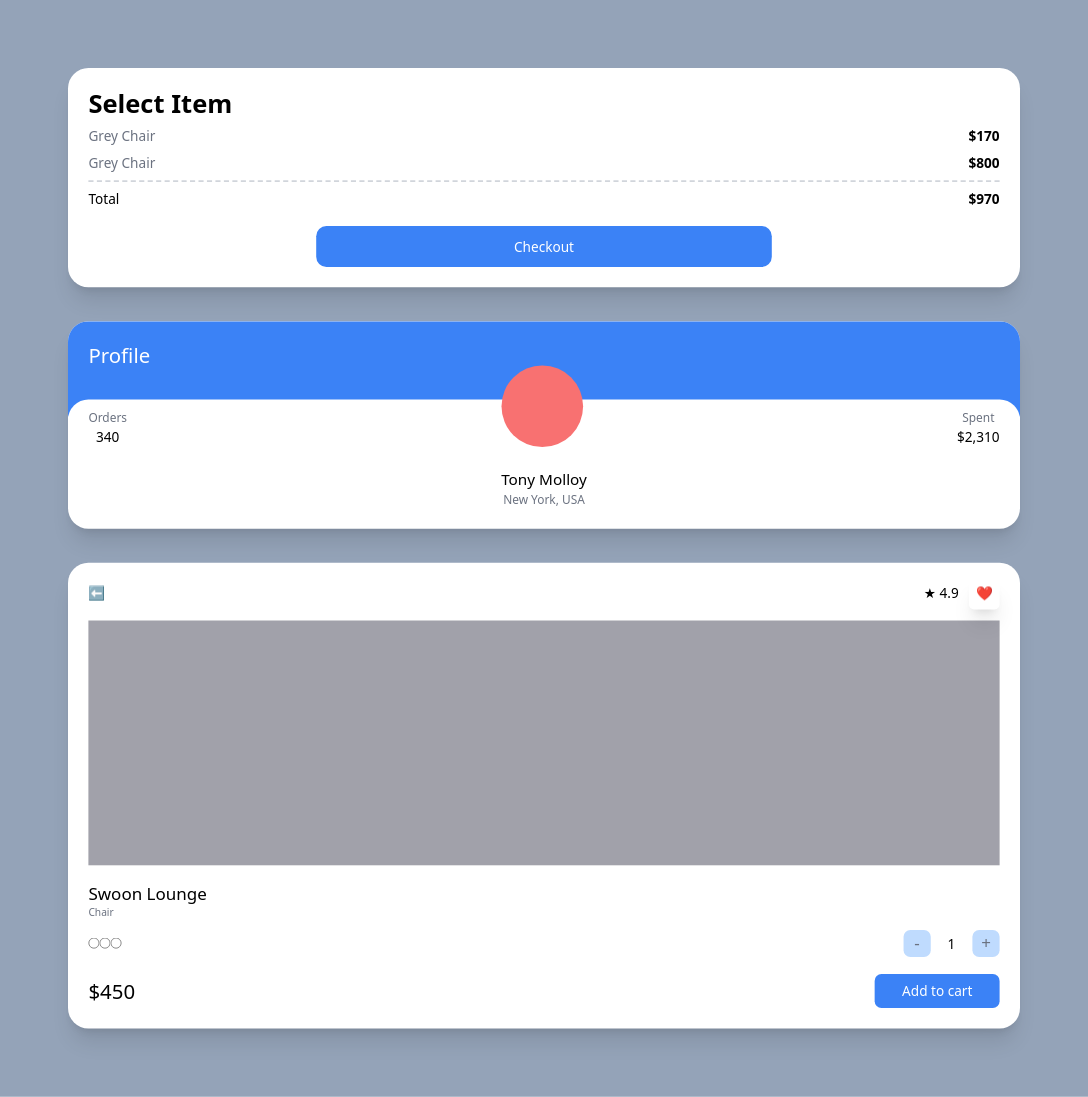
Repository: pjk0007/nextjs-carrot-marcket
Page: /
An editor plug-in stored every save of this project. The page is shown before and after the next save, followed by the edit.
The browser window is 1280 px wide. The pictures show the whole page, at 85% of full size.
The project was rebuilt for these pictures with package versions that can differ from the ones it lists, and the page was loaded fresh each time. The framework's server and built-in components were replaced by stand-ins that run in the browser. Also part of the build but not shown: next.config.js.

Above is the page before, as saved 2022-04-30 13:32:52.

After the next save:
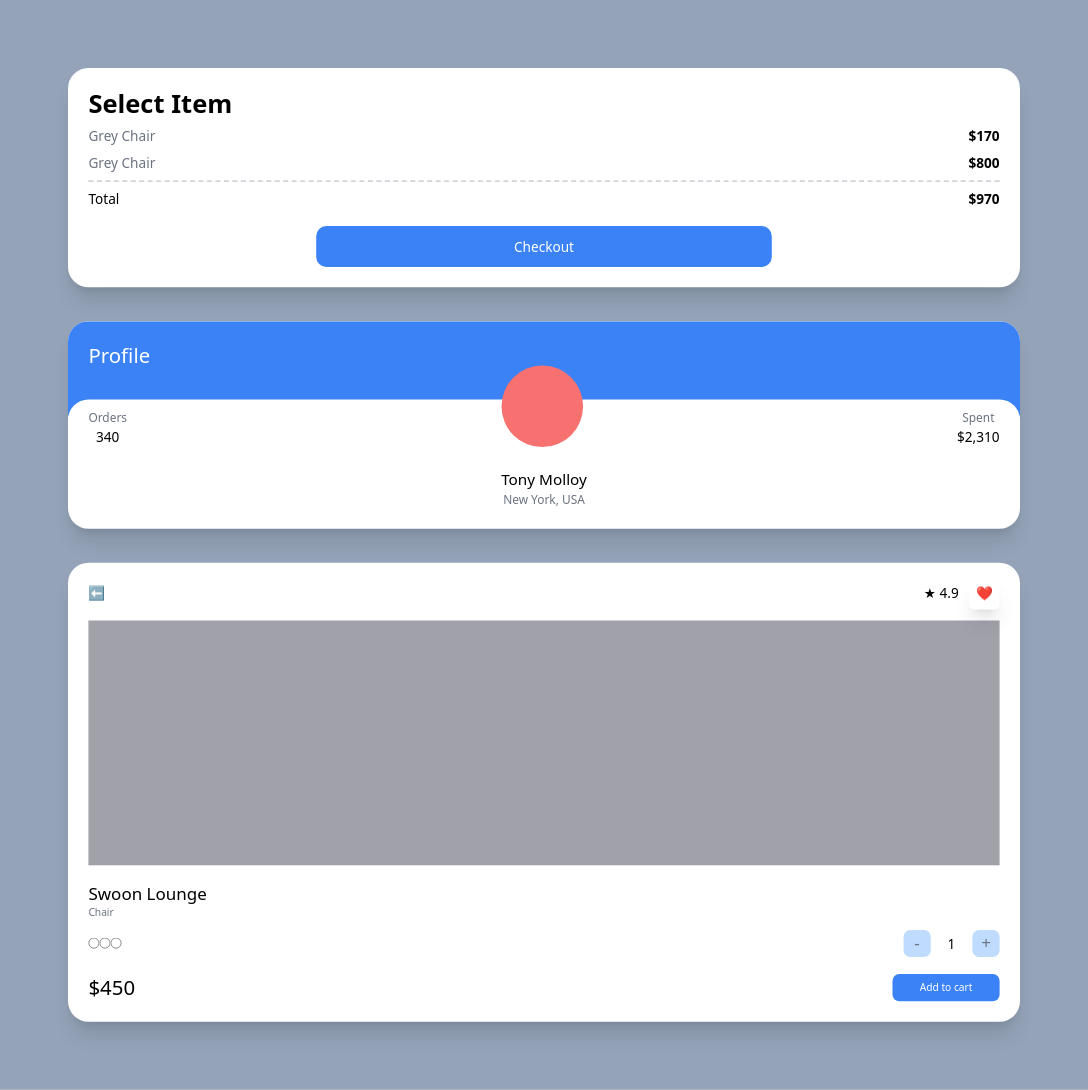
Saved 5 s later.
--- a/pages/index.tsx
+++ b/pages/index.tsx
@@ -68,7 +68,7 @@ const Home: NextPage = () => {
           </div>
           <div className='flex justify-between items-center'>
             <span className='font-medium text-2xl'>$450</span>
-            <button className='bg-blue-500 text-center text-white rounded-lg py-2 px-8'>Add to cart</button>
+            <button className='bg-blue-500 text-center text-white rounded-lg py-2 px-8 text-xs'>Add to cart</button>
           </div>
         </div>
       </div>
